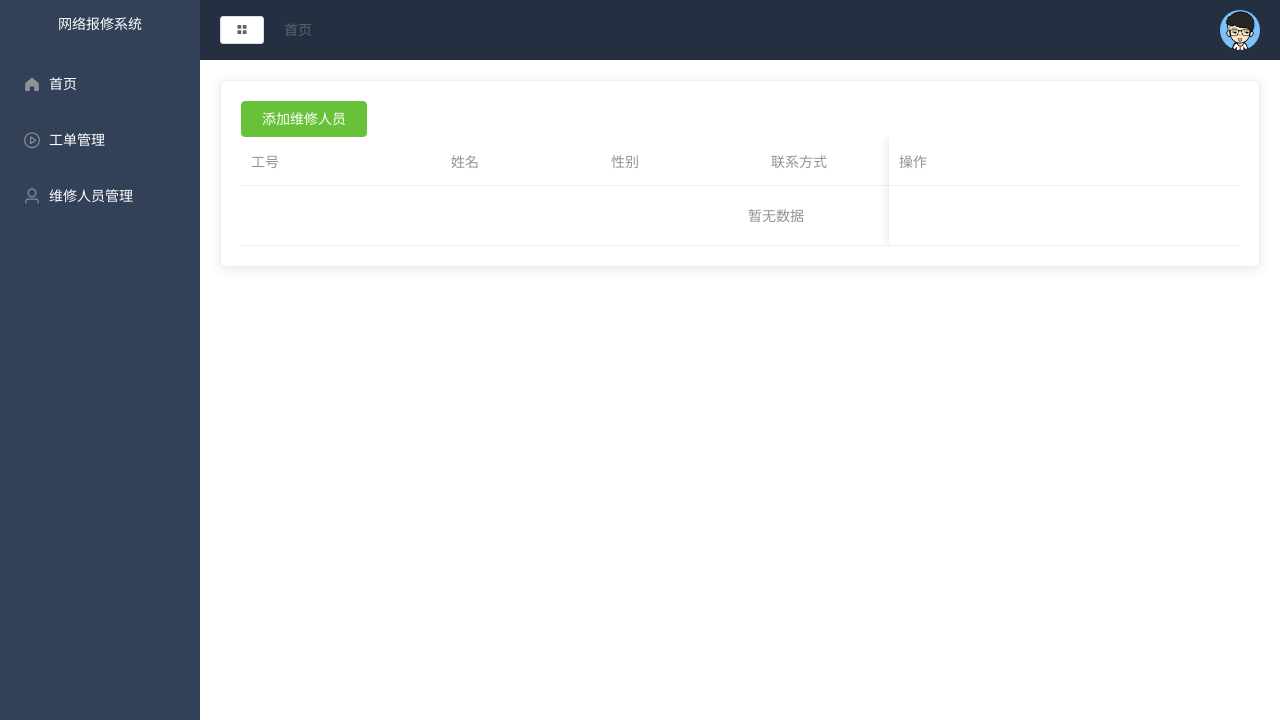
Repository: LtheW/vue
Page: /home
The author's editor kept a copy of each file at every save. The page is drawn from the files as they stood at one save, then again after the next save.
The browser window is 1280 px wide. The pictures show the whole page.
The page's requests for data from a server got no answer. The project was rebuilt for these pictures with package versions that can differ from the ones it lists, and the page was loaded fresh each time. No one was signed in, and anything a server would have sent is missing. Also part of the build but not shown: vue.config.js, src/components/CommonTag.vue, src/views/Submit.vue, src/views/Maintainer/Add.vue.

Above is the page before, as saved 2022-03-27 11:07:52.

### src/main.js
import Vue from 'vue'
import App from './App.vue'
import router from './router'
import store from './store'
//引入element ui
import ElementUI from 'element-ui';
import 'element-ui/lib/theme-chalk/index.css';
import '@/assets/scss/reset.scss' //全局样式
import Axios from 'axios';//后台交互
import Antd from 'ant-design-vue';
import 'ant-design-vue/dist/antd.css';
import 'font-awesome/scss/font-awesome.scss'
Vue.prototype.$http=Axios
//defaults 设置全局默认路径
Axios.defaults.baseURL="/"

Vue.use(ElementUI,Antd);
Vue.config.productionTip = false

new Vue({
  router,
  store,
  render: h => h(App)
}).$mount('#app')

### src/router/index.js
import Vue from 'vue'
import VueRouter from 'vue-router'
import Main from '../views/Main.vue'
import Submit from'../views/Submit.vue'
import Maintainer_Add from'../views/Maintainer/Add.vue'
Vue.use(VueRouter)

const routes = [
  {
    path:'/login',
    name:'Login',
    component:()=>import('@/views/Login')
  },
  {

    path: '/',
    name: 'Main',
    component: Main,
    children: [
      {
        path: '/',
        name: 'search',
        component: () => import('@/views/About')
      },
      {
        path: '/form',
        name: 'form',
        component: () => import('@/views/Form/Form')
      },
      {
        path: '/home',
        name: 'home',
        component: () => import('@/views/Maintainer/Maintainer')
      },
      {
        path: '/submit',
        name: 'submit',
        component: Submit,
      },
      {
        path: '/maintainer_add',
        name: 'add',
        component: Maintainer_Add,
      },
    ]
    },


]

const router = new VueRouter({
  mode:'history',
  base: process.env.BASE_URL,
  routes
})

export default router

### src/views/Main.vue
<template>
  <el-container style="height: 100%">
    <el-aside width="auto" height="100%" ><common-aside></common-aside></el-aside>
    <el-container>
      <el-header>
        <common-header></common-header>

      </el-header>
      <el-main><router-view /></el-main>
    </el-container>
  </el-container>
</template>

<script>
import CommonAside from "../components/CommonAside.vue";
import CommonHeader from "../components/CommonHeader.vue";
import CommonTag from "../components/CommonTag.vue";
export default {
  name: "Main",
  components: { CommonAside, CommonHeader, CommonTag },
};
</script>
, CommonTab
<style lang="scss" scoped>
.el-header {
  background: #242F42;
}
.el-main {
  padding-top: 20rpx;
}
</style>

### src/views/Maintainer/Maintainer.vue

<template>
  <div>
    <el-card>
    <el-button @click="add()" type="success" size="medium">添加维修人员</el-button>
    <el-table :data="tableData" style="width: 100%" max-height="100%">
      <el-table-column fixed prop="jobNumber" label="工号" width="200">
      </el-table-column>
      <el-table-column prop="name" label="姓名" width="160"> </el-table-column>
      <el-table-column prop="sex" label="性别" width="160"> </el-table-column>
      <el-table-column prop="contactInformation" label="联系方式" width="200">
      </el-table-column>
      <el-table-column fixed="right" label="操作" width="350">
        <template slot-scope="scope">
          <el-button @click="Booking(scope.row)" type="danger" size="small">
            删除
          </el-button>
        </template>
      </el-table-column>
    </el-table>
    </el-card>
  </div>
</template>

<script>
export default {
  methods: {
    add() {
      this.$router.push({
        name: "add"
      });
    },
    Booking(row) {
    this.$http({
        url: "/api/administer/deletemaintainer",
        method: "delete",
        headers: { "X-Requested-With": "XMLHttpRequest" },
        params: {
          administer_number: this.$store.state.administer_number,
          maintainer_number: row.jobNumber,
          passport: this.$store.state.password,
        }, //传值 如：params:{id:1,name:"gw"}
      }).then((res) => {
        console.log("删除成功");
        console.log(res);
        this.$router.go(0);
      });
    },
  },
  data() {
    return {
      tableData: [],
      state: ["待维修", "维修中", "维修完成"],
    };
  },
  created() {
    this.$http({
      url: "/api/administer/maintainerlist",
      method: "get",
      headers: { "X-Requested-With": "XMLHttpRequest" },
    }).then((res) => {
      console.log("数据接收");
      this.tableData = res.data.data;

      console.log(res);
    });
  },
};
</script>

### src/store/tab.js
export default{
    state:{
        isCollapse: false
    },
    mutations:{
        collapseMenu(state){
            state.isCollapse=!state.isCollapse
        }
    }
}

### src/components/CommonAside.vue
<template>
  <el-menu
    class="el-menu-vertical-demo"
    :collapse="isCollapse"
    background-color="#324157"
    text-color="#fff"
    active-text-color="#ffd04b"
  >
    <h3 v-show="!isCollapse">网络报修系统</h3>
    <h3 v-show="isCollapse">后台</h3>
    <el-menu-item
      :index="item.path"
      v-for="item in noChildren"
      :key="item.path"
      @click="clickMenu(item)"
    >
      <i :class="'el-icon-' + item.icon"></i>
      <span slot="title">{{ item.label }}</span>
    </el-menu-item>
    <el-submenu :index="item.label" v-for="item in hasChildren" :key="item.path">
      <template slot="title">
        <i :class="'el-icon-' + item.icon"></i>
        <span slot="title">{{ item.label }}</span>
      </template>
      <el-menu-item-group>
        <el-menu-item
          :index="subItem.path"
          v-for="(subItem, subIndex) in item.children"
          :key="subIndex"
          @click="clickMenu(item)"
        >
          <i :class="'el-icon-' + subItem.icon"></i>
          <span slot="title">{{ subItem.label }}</span>
        </el-menu-item>
      </el-menu-item-group>
    </el-submenu>
  </el-menu>
</template>

<script>
export default {
  data() {
    return {
      menu: [
        {
          path: "/",
          name: "search",
          label: "首页",
          icon: "s-home",
          url: "Maintainer/Maintainer",
        },
        {
          path: "/form",
          name: "form",
          label: "工单管理",
          icon: "video-play",
          url: "Form/Form",
        },
        {
          path: "/home",
          name: "home",
          label: "维修人员管理",
          icon: "user",
          url: "Home/Home",
        },
      ],
    };
  },
  methods: {
    // handleOpen(key, keyPath) {
    //   console.log(key, keyPath);
    // },
    // handleClose(key, keyPath) {
    //   console.log(key, keyPath);
    // },
    clickMenu(item) {
      this.$router.push({ name: item.name });
      this.$store.commit("selectMenu", item);
    },
  },
  computed: {
    noChildren() {
      return this.menu.filter((item) => !item.children);
    },
    hasChildren() {
      return this.menu.filter((item) => item.children);
    },
    isCollapse() {
      return this.$store.state.tab.isCollapse;
    },
  },
};
</script>

<style lang="scss" scoped>
.el-menu {
  height: 100%;
  border: none;
  h3 {
    color: #ffffff;
    text-align: center;
    line-height: 48px;
  }
}
.el-menu-vertical-demo:not(.el-menu--collapse) {
  width: 200px;
  min-height: 100vh;
}
</style>

### src/components/CommonHeader.vue
<template>
  <header>
    <div class="l-content">
      <el-button plain icon="el-icon-menu" size="mini" @click="handleMenu"></el-button>
      <el-breadcrumb>
        <el-breadcrumb-item :to="{ path: '/' }">首页</el-breadcrumb-item>
        <el-breadcrumb-item :to="current.path" v-if="current">{{
          current.label
        }}</el-breadcrumb-item>
      </el-breadcrumb>
    </div>
    <div class="r-content">
      <el-dropdown trigger="click" size="mini">
        <span class="el-dropdown-link">
          <img :src="userImg" class="user" />
        </span>
        <el-dropdown-menu slot="dropdown">
          <el-dropdown-item>个人中心</el-dropdown-item>
          <el-dropdown-item @click.native="logOut">退出</el-dropdown-item>
        </el-dropdown-menu>
      </el-dropdown>
    </div>
  </header>
</template>

<script>
import { mapState } from "vuex";
export default {
  data() {
    return {
      userImg: require("../assets/images/user.png"),
    };
  },
  methods: {
    handleMenu() {
      this.$store.commit("collapseMenu");
    },
    logOut() {
      this.$store.commit("clearToken");
      this.$store.commit("clearMenu");
      // location.reload();
      this.$router.push("/login");
    },
  },
  computed: {
    ...mapState({
      current: (state) => state.tab.currentMenu,
    }),
  },
};
</script>

<style lang="scss" scoped>
header {
  display: flex;
  height: 100%;
  align-items: center;
  justify-content: space-between;
}

.l-content {
  display: flex;
  align-items: center;
  .el-button {
    margin-right: 20px;
  }
}

.r-content {
  .user {
    width: 40px;
    height: 40px;
    border-radius: 50%;
  }
}
</style>

<style lang="scss">
.el-breadcrumb__item {
  .el-breadcrumb__inner {
    color: #666;
    font-weight: normal;
  }
  &:last-child {
    .el-breadcrumb__inner {
      color: white;
    }
  }
}
</style>

Loaded but not shown: public/index.html (common file); src/App.vue (common file); src/store/index.js (common file); src/assets/scss/reset.scss (common file)

After the next save:
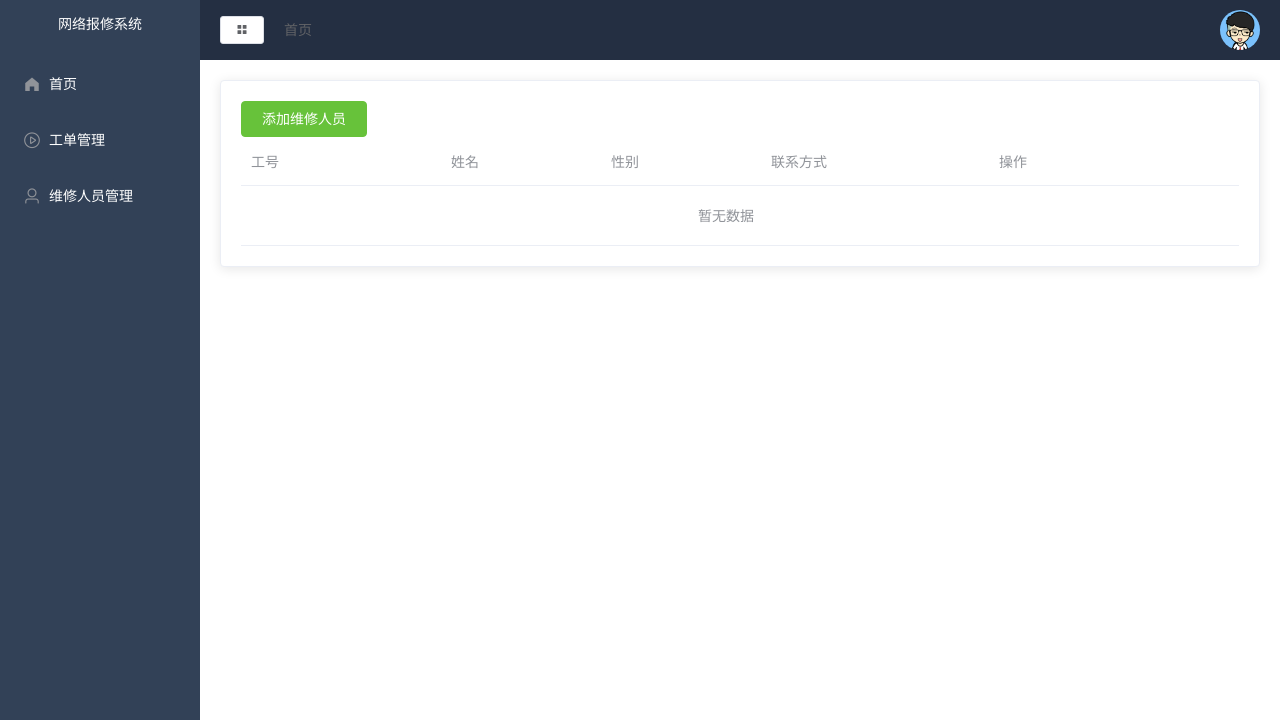
Saved 5 s later.
--- a/src/views/Maintainer/Maintainer.vue
+++ b/src/views/Maintainer/Maintainer.vue
@@ -10,7 +10,7 @@
       <el-table-column prop="sex" label="性别" width="160"> </el-table-column>
       <el-table-column prop="contactInformation" label="联系方式" width="200">
       </el-table-column>
-      <el-table-column fixed="right" label="操作" width="350">
+      <el-table-column fixed="right" label="操作" width="250">
         <template slot-scope="scope">
           <el-button @click="Booking(scope.row)" type="danger" size="small">
             删除
